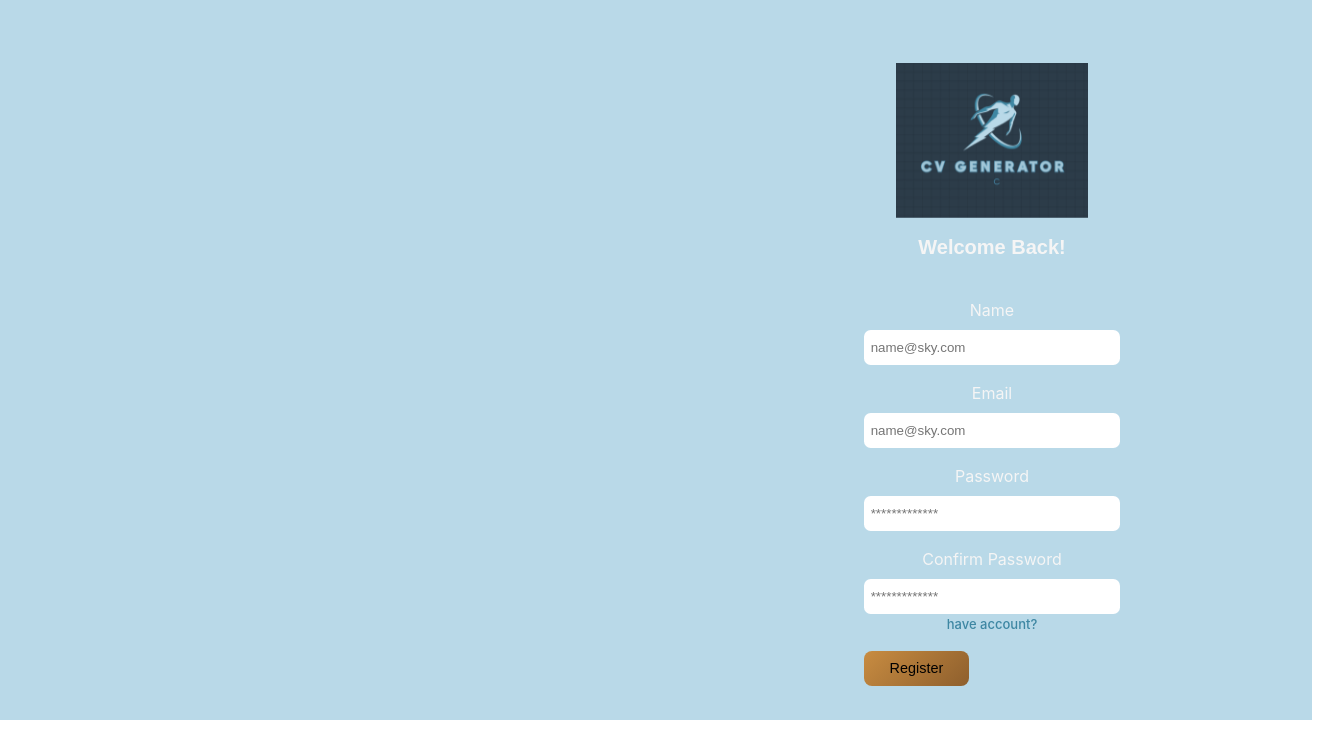
Repository: abdelrahman-2513/cv-generator
Page: /register
These files come from the project's save history. The page is drawn as it stood at one moment and after the next save; the edit follows.
The browser window is 1280 px wide. The page is 1344 px wide, so the pictures cover 1344 px, including what lies to the right of the window. The pictures show the whole page.
The project was rebuilt for these pictures with package versions that can differ from the ones it lists, and the page was loaded fresh each time. Also part of the build but not shown: vite.config.js, src/Pages/Login/Login.jsx, src/Pages/Home/Home.jsx, src/Components/Header/Header.jsx. Imported but missing from the stored project, and not drawn on this page: src/Components/Header/CloseIcon, src/Components/Header/HeaderIcons, src/Components/Header/SearchContainer.

Above is the page before, as saved 2024-11-01 15:37:40.

### src/index.css
:root {
  font-family: Inter, system-ui, Avenir, Helvetica, Arial, sans-serif;
  line-height: 1.5;
  font-weight: 400;
  --primary-color: #2c3c49;
  --color-bg: #b9d9e8;
  --color-soft: #3e87a3;
  color-scheme: light dark;
  color: rgba(255, 255, 255, 0.87);
  font-synthesis: none;
  text-rendering: optimizeLegibility;
  -webkit-font-smoothing: antialiased;
  -moz-osx-font-smoothing: grayscale;
}

a {
  font-weight: 500;
  color: #646cff;
  text-decoration: inherit;
}
a:hover {
  color: #535bf2;
}

body {
  margin: 0;
  display: flex;
  place-items: center;
  min-width: 320px;
  min-height: 100vh;
  background-color: var(--color-bg);
}

h1 {
  font-size: 3.2em;
  line-height: 1.1;
}

button:hover {
  border-color: #646cff;
}
button:focus,
button:focus-visible {
  outline: 4px auto -webkit-focus-ring-color;
}
.dark-mode .header-container .icon {
  color: var(--color-soft);
}
.link {
  margin-top: -15px;
  font-size: small;
}
.link a {
  color: var(--color-soft);
}
a {
  text-decoration: none;
}
img {
  width: 100%;
  display: block;
  object-fit: cover;
}

body {
  background: var(--color-bg);
  color: var(--text-color);
  font-size: medium;
  height: 100vh;
  width: 100vw;
  overflow-y: hidden;
}
small,
p {
  color: var(--text-color);
}
.btn {
  padding: 0.6rem 1.6rem;
  display: inline-block;
  width: fit-content;
  cursor: pointer;
  border-radius: 0.5rem;
  font-size: 0.9rem;
  font-weight: 500;
  transition: 0.3 ease-in-out;
  border: 1px solid var(--color-border);
}
@media (prefers-color-scheme: light) {
  :root {
    color: #213547;
    background-color: #ffffff;
  }
  a:hover {
    color: #747bff;
  }
  button {
    background-color: #f9f9f9;
  }
}

### src/App.jsx
import { useState } from "react";
import "./App.css";
import Layout from "./assets/Layout/Layout";
import { Toaster } from "react-hot-toast";

function App() {
  return (
    <>
      <Layout />
      <Toaster />
    </>
  );
}

export default App;

### src/assets/Layout/Layout.jsx
import {
  createBrowserRouter,
  Navigate,
  Outlet,
  RouterProvider,
  useParams,
} from "react-router-dom";
import React, { lazy, Suspense, useEffect } from "react";
import Login from "../../Pages/Login/Login";
import Register from "../../Pages/Register/Register";
import Home from "../../Pages/Home/Home";
import useAuthStore from "../Zustand/Auth/UserAuth";
/** ----------------------------------------------- Componenets ------------------------------------------------ */

function Main() {
  return (
    <>
      <Header />
      <main onContextMenu={(e) => e.preventDefault()}>
        <Outlet />
      </main>
    </>
  );
}
const ProtectedRoute = ({ children }) => {
  const user = useAuthStore((state) => state.user);

  if (!user) {
    return <Navigate replace to="/login" />;
  }

  return children;
};
function Layout() {
  const routes = [
    {
      path: "/",
      element: <ProtectedRoute children={<Main />} />,
      children: [
        {
          path: "/",
          element: <Home />,
        },
      ],
    },
    {
      path: "/login",
      element: <Login />,
    },
    {
      path: "/register",
      element: <Register />,
    },
  ];
  const handleRouterError = (error) => {
    console.error("Router encountered an error:", error);
    if (
      error.message.includes("Failed to fetch dynamically imported module") ||
      error.message.includes("Importing a module script failed")
    ) {
      window.location.reload();
    }
    // Optional: Implement additional error handling logic here
    // For example, redirect to a global error page:
    // window.location.href = "/error";
  };
  const router = createBrowserRouter(routes);

  return (
    <Suspense fallback={<div>Loading...</div>}>
      <RouterProvider router={router} />
    </Suspense>
  );
}

export default Layout;

### src/Pages/Register/Register.jsx
import "./Register.css";
import { useState } from "react";
import { useNavigate } from "react-router-dom";
import toast from "react-hot-toast";

function Register() {
  const [email, setEmail] = useState("");
  const [Name, setName] = useState("");
  const [password, setPassword] = useState("");
  const [confirmPassword, setconfirmPassword] = useState("");
  const navigate = useNavigate();
  function HandleRegisterForm(e) {
    e.preventDefault();
    //console.log(email, password);
    if (email.length > 0 && password.length > 0) {
      if (password !== confirmPassword) {
        toast.error("Passwords Not Matched!");
      }
      toast.loading("Logging in...", { id: 1 });
      setTimeout(() => {
        navigate("/");
      });
    } else {
      toast.error("Please Enter Valid Email or Password!");
    }
  }
  return (
    <div className="Register-page" onContextMenu={(e) => e.preventDefault()}>
      <div className="image-container"></div>
      <div className="Register-form">
        <div className="form-title">
          <div className="logo">
            <img src="/logo.png" alt="CV-Logo" />
          </div>
        </div>
        <form>
          <h3>Welcome Back!</h3>

          <div>
            <label htmlFor="name">Name</label>
            <input
              type="text"
              id="name"
              placeholder="name@sky.com"
              onChange={(e) => setName(e.target.value)}
            />
          </div>
          <div>
            <label htmlFor="email">Email</label>
            <input
              type="text"
              id="email"
              placeholder="name@sky.com"
              onChange={(e) => setEmail(e.target.value)}
            />
          </div>
          <div>
            <label htmlFor="password">Password</label>
            <input
              id="password"
              type="password"
              placeholder="*************"
              onChange={(e) => setPassword(e.target.value)}
            />
          </div>
          <div>
            <label htmlFor="confirm-password">Confirm Password</label>
            <input
              type="password"
              id="confirm-password"
              placeholder="*************"
              onChange={(e) => setconfirmPassword(e.target.value)}
            />
          </div>
          <div className="link">
            <a href="/login">have account?</a>
          </div>

          <button
            onClick={(e) => HandleRegisterForm(e)}
            className="btn btn-primary Register-btn"
          >
            Register
          </button>
        </form>
      </div>
    </div>
  );
}

export default Register;

### src/assets/Zustand/Auth/UserAuth.jsx
import { create } from "zustand";

const useAuthStore = create((set) => ({
  user: JSON.parse(localStorage.getItem("user")) || null,
  userFullData: JSON.parse(localStorage.getItem("userData")) || null,
  login: (userData) => {
    set({ user: userData });
    console.log(userData);
    localStorage.setItem("user", JSON.stringify(userData));
  },
  setUserData: (userData) => {
    set({ userFullData: userData });
    localStorage.setItem("userData", JSON.stringify(userData));
  },
  logout: () => {
    set({ user: null });
    localStorage.removeItem("user");
  },
  initializeAuthState: () => {
    const savedUser = localStorage.getItem("user");
    set({ user: savedUser ? JSON.parse(savedUser) : null });
  },
}));
export default useAuthStore;

### src/Pages/Login/Login.css
.login-page {
  display: flex;
  flex-direction: row;
  height: 100vh;
  width: 100vw;
  background: var(--color-bg);
  gap: 1.5em;
  align-items: center;
}

.image-container {
  display: flex;
  width: 100%;
  height: 100vh;
  background-color: var(--color-primary);
}

.login-form {
  flex: 1;
  display: flex;
  flex-direction: column;
  align-items: center;
  gap: 1.5em;
  color: whitesmoke;
  min-width: 50%;
}

.login-form form {
  width: 40%;
  display: flex;
  flex-direction: column;
  gap: 1em;
}

.login-form div {
  display: flex;
  flex-direction: column;
  gap: 0.5em;
}

input {
  color: var(--color-primary);
  padding: 0.75em 0.5em;
  border-radius: 0.5em;
  border: 0px;
  outline: none;
}

.form-title {
  display: flex;
  flex-direction: column;
  align-items: center;
  padding: 5px;
  gap: 2em;
  font-weight: 800;
}
.login-form h3 {
  font-size: 20px !important;
  font-weight: 800 !important;
  font-family: Arial, Helvetica, sans-serif;
}

.form-title img {
  width: 100%;
}

.form-title .logo {
  width: 12em;
}

.login-btn {
  background: linear-gradient(135deg, #c88c41 0%, #8e5f2d 100%);
  outline: none;
  transition: ease-in-out;
  border: 0px;
}

.login-btn:hover {
  opacity: 1;
  border: 0;
  background: linear-gradient(135deg, #8e5f2d 0%, #c88c41 100%) !important;
}

.login-form h3 {
  color: whitesmoke;
}
@media (max-width: 900px) {
  .login-page {
    flex-direction: column;
  }
  .image-container {
    display: flex;
    width: 100%;
    height: 45vh;
  }
  .image-container img {
    object-fit: cover;
  }
  .login-form form {
    width: 60%;
  }
  .login-form {
    min-width: 100%;
  }
}

### src/Pages/Register/Register.css
.Register-page {
  display: flex;
  flex-direction: row;
  height: 100vh;
  width: 100vw;
  background: var(--color-bg);
  gap: 1.5em;
  align-items: center;
}

.image-container {
  display: flex;
  width: 100%;
  height: 100vh;
  background-color: var(--color-primary);
}

.Register-form {
  flex: 1;
  display: flex;
  flex-direction: column;
  align-items: center;
  gap: 1.5em;
  color: whitesmoke;
  min-width: 50%;
}

.Register-form form {
  width: 40%;
  display: flex;
  flex-direction: column;
  gap: 1em;
}

.Register-form div {
  display: flex;
  flex-direction: column;
  gap: 0.5em;
}

input {
  color: var(--color-primary);
  padding: 0.75em 0.5em;
  border-radius: 0.5em;
  border: 0px;
  outline: none;
}

.form-title {
  display: flex;
  flex-direction: column;
  align-items: center;
  padding: 5px;
  gap: 2em;
  font-weight: 800;
}
.Register-form h3 {
  font-size: 20px !important;
  font-weight: 800 !important;
  font-family: Arial, Helvetica, sans-serif;
}

.form-title img {
  width: 100%;
}

.form-title .logo {
  width: 12em;
}

.Register-btn {
  background: linear-gradient(135deg, #c88c41 0%, #8e5f2d 100%);
  outline: none;
  transition: ease-in-out;
  border: 0px;
}

.Register-btn:hover {
  opacity: 1;
  border: 0;
  background: linear-gradient(135deg, #8e5f2d 0%, #c88c41 100%) !important;
}

.Register-form h3 {
  color: whitesmoke;
}
@media (max-width: 900px) {
  .Register-page {
    flex-direction: column;
  }
  .image-container {
    display: flex;
    width: 100%;
    height: 45vh;
  }
  .image-container img {
    object-fit: cover;
  }
  .Register-form form {
    width: 60%;
  }
  .Register-form {
    min-width: 100%;
  }
}

### src/Components/Header/Header.css
.header-container {
  width: 100%;
  position: relative;
  padding: 8px;
  padding-top: 9px;
  padding-bottom: 5px;
  padding-left: 0;
  justify-content: space-between;
  display: grid;
  grid-template-areas: "logo multiple icons";
  grid-template-columns: auto 1fr auto;
  column-gap: 0em;
  align-items: center;
  max-width: 100% !important;
}
.icon {
  height: 28px;
  position: relative;
}
svg {
  font-size: 15pt;
  height: 100%;
}
.notification-badge {
  position: absolute;
  bottom: -2px;
  right: 0px;
  background-color: red;
  color: white;
  border-radius: 50%;
  padding: 1px 4px;
  font-size: 9px;
  font-weight: bold;
}
/* ---------------------------------------------------- Logo Styles --------------------------------------------- */
.logo {
  grid-area: logo;
  display: flex;
  width: 200px;
  align-items: center;
  box-sizing: border-box;
  height: 50px;
  object-fit: contain;
  justify-content: center;
}
.logo a {
  height: 100%;
}
i {
  font-size: medium !important;
}
.logo img {
  max-width: -webkit-fill-available;
  max-height: -webkit-fill-available;
  height: 100%;
  width: auto;
  height: auto;
}
.toggle-nav {
  display: none;
}
.page .night-logo {
  display: none;
}
.profile-image {
  width: 35px;
  height: 35px;
  aspect-ratio: 1 / 1;
  border-radius: 50%;
  object-fit: contain;
  box-shadow: 0px 0px 4px darkgray;
}
.mid-img {
  width: 32px;
  height: 32px;
}
.page .day-logo {
  display: inline-flex;
}
.day-link {
  display: block;
}
.night-link {
  display: none;
}
.dark-mode .logo .day-link {
  display: none;
}
.dark-mode .logo .night-link {
  display: block;
}
.dark-mode .logo .day-logo {
  display: none;
}
.dark-mode .logo .night-logo {
  display: inline-flex;
}

.multiple-data {
  grid-area: multiple;
  display: flex;
  gap: 15px;
  align-items: center;
  justify-content: flex-start;
}

/* ------------------------------------------ Search Styles -----------------------------------------------*/
.search-container {
  position: relative;
  width: 300px;
  background-color: var(--color-search);
  border-radius: 20px;
}

.search-container input {
  width: 100%;
  padding: 10px 40px 10px 35px !important;
  border-radius: 20px;
  background: transparent;
  border: 0;
  outline: none;
}
.search-container .search-icon-1,
.search-container .search-icon-2 {
  position: absolute;
  top: 50%;
  transform: translateY(-50%);
  color: #999;
}
.search-container .search-icon-1 {
  left: 10px;
}
.search-container .search-icon-2 {
  right: 10px;
}
.search-container svg {
  width: 16px;
  height: 16px;
}

/* --------------------------------------------- Icons Styles -------------------------------------------------*/

.icons,
.extra-icons {
  position: relative;
  grid-area: icons;
  display: flex;
  flex-direction: row;
  align-items: center;
  gap: 8px;
  height: 30px;
}
.icon:hover {
  padding-bottom: 5px;
  transition: 0.3s ease-in-out;
}

/* ------------------------------------------------ Search Styles -------------------------------------------------------*/
.search-popup {
  position: absolute;
  top: 100%;
  right: 0px;
  background: var(--color-bg-box);
  border: 1px solid #ccc;
  border-radius: 4px;
  box-shadow: 0 2px 10px rgba(0, 0, 0, 0.3);
  z-index: 1000;
  width: 300px;
}

.search-popup-content {
  padding: 10px;
}

.search-icon {
  cursor: pointer;
  display: inline-block;
  padding: 10px;
}
.search-popup select {
  width: 150px;
  padding: 6px 4px 6px 5px;
  border-radius: 20px;
  border: 1px solid var(--color-border);
  outline: none;
}
.popup-header {
  display: flex;
  justify-content: space-between;
  margin-bottom: 15px;
}
.popup-header .icon:hover {
  cursor: pointer;
  padding: 0;
}
@media (max-width: 870px) {
  .header-container {
    grid-template-areas:
      "logo icons"
      "nav-icon multiple";
    grid-template-columns: auto 1fr;
    grid-template-rows: auto auto;
  }
  .toggle-nav {
    display: block;
    grid-area: nav-icon;
    text-align: center;
  }
  .icons,
  .extra-icons {
    justify-content: flex-end;
  }
  .multiple-data {
    justify-content: flex-end;
  }
}
@media screen and (max-width: 550px) {
  h1,
  h2 {
    color: var(--color-primary);
    line-height: 16.2px;
    font-family: sans-serif;
    font-size: 13px;
    font-weight: 400;
  }
  svg {
    font-size: 9pt !important;
  }
  .logo {
    width: 80px;
    height: 50px;
  }
  .logo a {
    height: 65%;
  }
  .search-container {
    width: 130px;
    font-size: 7pt !important;
  }
  .search-container input {
    font-size: 7pt;
  }
  .search-container svg {
    width: 12px;
    height: 100%;
  }

  .active-users {
    width: 60px !important;
  }
}

Loaded but not shown: index.html (common file); src/main.jsx (common file); src/App.css (common file); src/Pages/Home/Home.css (no stored copy; drawn as an empty file)

After the next save:
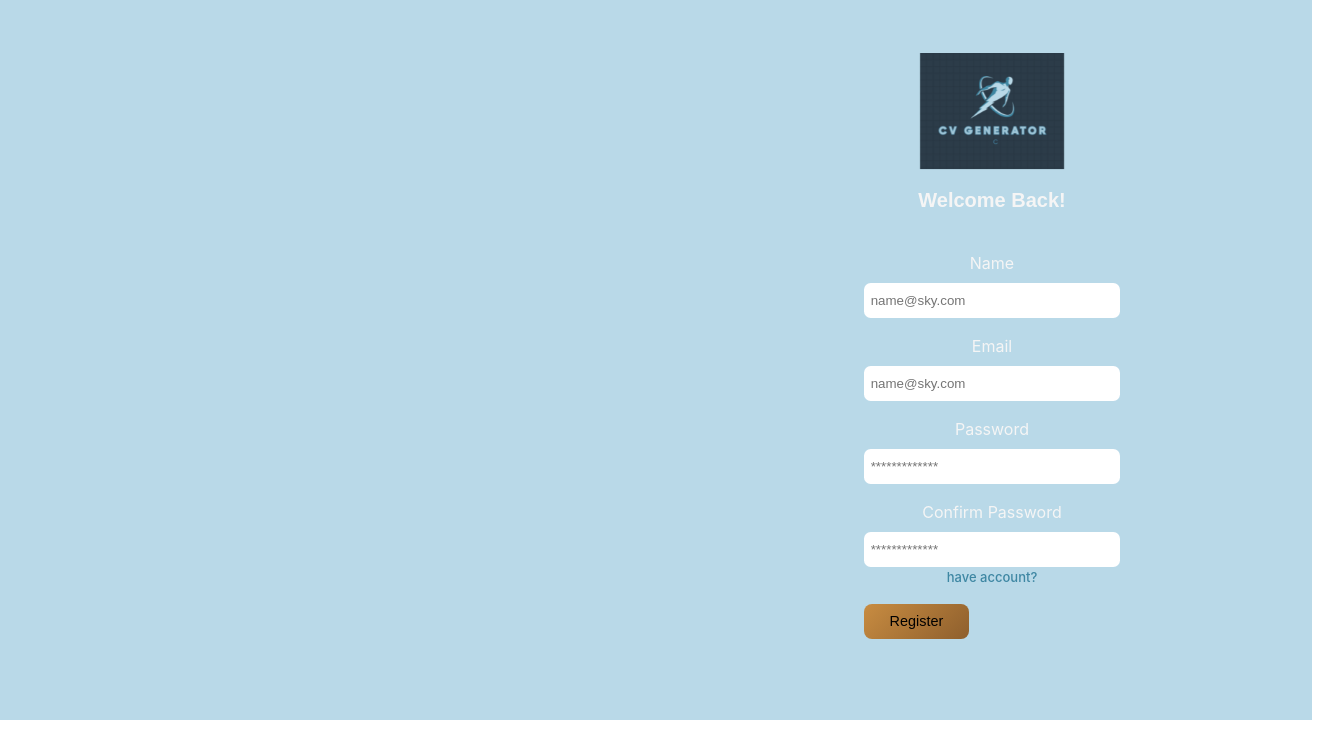
Saved 20 s later.
--- a/src/assets/Layout/Layout.jsx
+++ b/src/assets/Layout/Layout.jsx
@@ -10,6 +10,7 @@
 import Register from "../../Pages/Register/Register";
 import Home from "../../Pages/Home/Home";
 import useAuthStore from "../Zustand/Auth/UserAuth";
+import Header from "../../Components/Header/Header";
 /** ----------------------------------------------- Componenets ------------------------------------------------ */
 
 function Main() {
